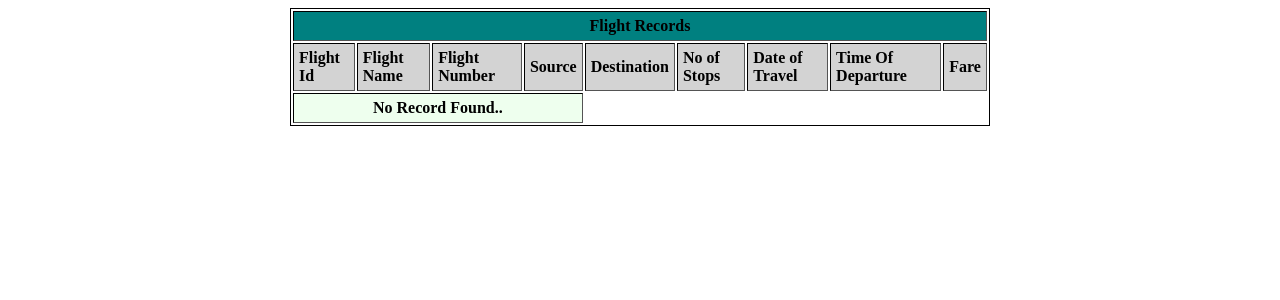
Repository: pawankas/Java_Mini_Project
Page: http://localhost/AirReservation/Search
An editor plug-in stored every save of this project. The page is shown before and after the next save, followed by the edit.
The browser window is 1280 px wide. The pictures show the whole page.
The page is served by Tomcat 9. Queries for data that is not in the repository find no rows.

Above is the page before, as saved 2022-03-17 17:38:19.

After the next save:
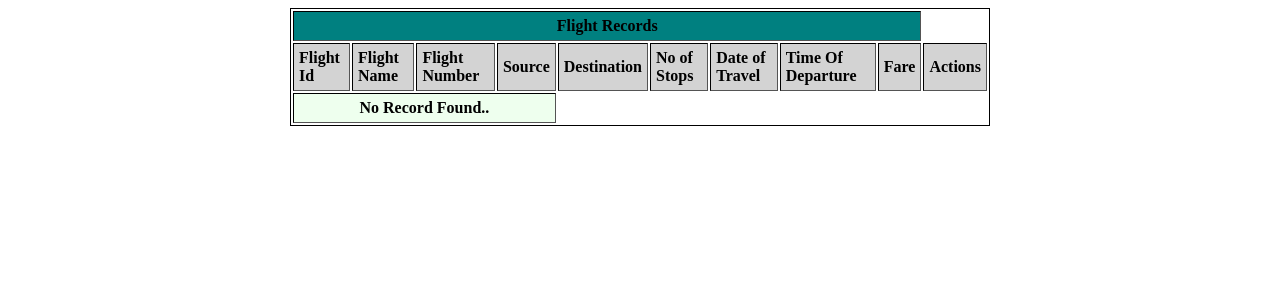
Saved 27 s later.
--- a/Mini_Project_Java/AirReservation/WebContent/SearchView.jsp
+++ b/Mini_Project_Java/AirReservation/WebContent/SearchView.jsp
@@ -22,6 +22,7 @@
                 <td><b>Date of Travel</b></td>
                 <td><b>Time Of Departure</b></td>
                 <td><b>Fare</b></td>
+                <td><b>Actions</b></td>
 
             </tr>
 
